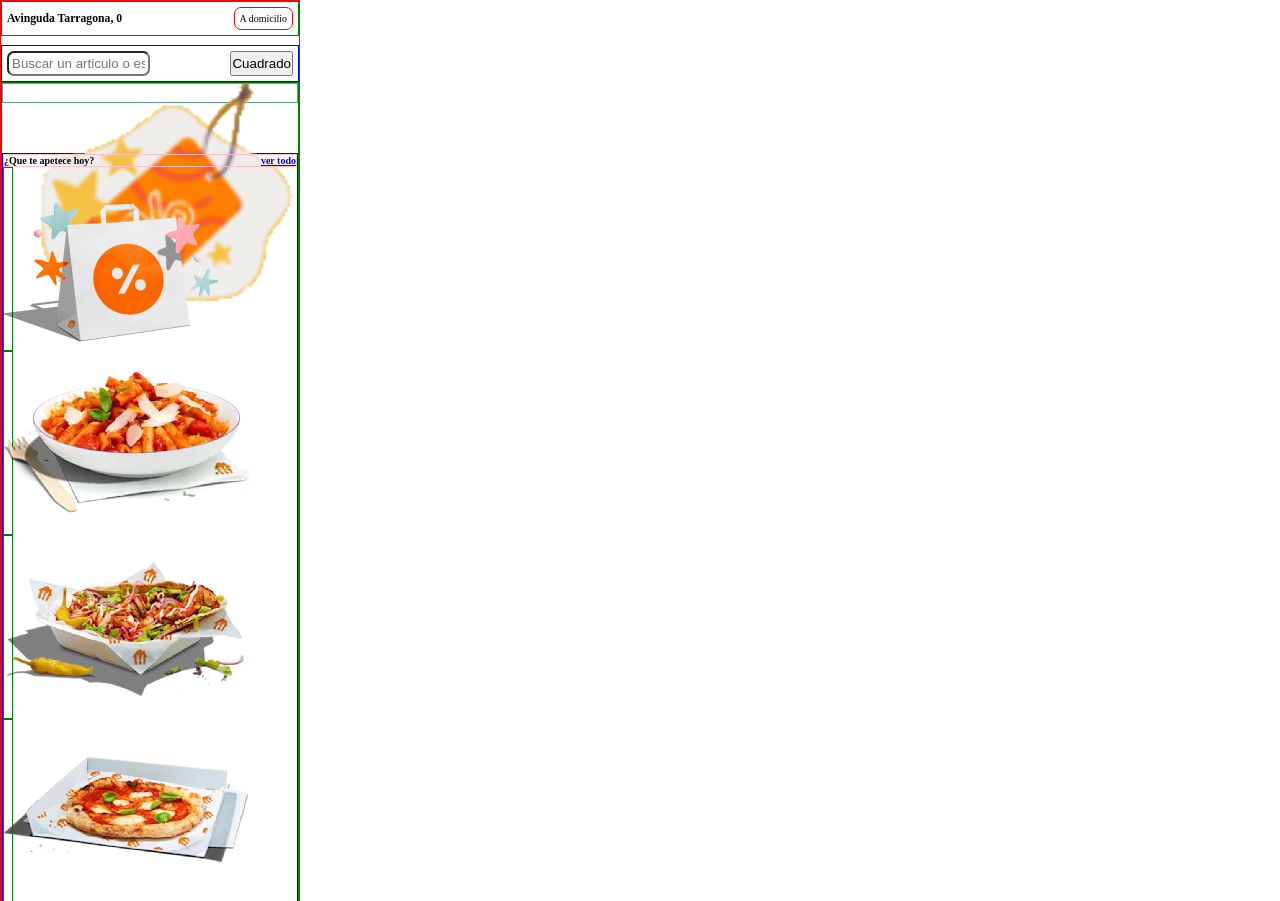
Repository: Srpinedaa/justEat
Page: index.html
An editor plug-in stored every save of this project. The page is shown before and after the next save, followed by the edit.
The browser window is 1280 px wide. The pictures show the part of the page from y = 0 to 901 px (the page is 1955 px tall before and 720 px after).
A picture or video elsewhere on the page could not be fetched, so the positions and the page height are approximate.

Above is the page before, as saved 2024-09-26 16:20:34.

### index.html
<!DOCTYPE html>
<html lang="en">

<head>
    <meta charset="UTF-8">
    <meta name="viewport" content="width=, initial-scale=1.0">
    <title>Just Eat</title>
    <link rel="stylesheet" href="css/estilos.css">
</head>

<body>
    <div id="all">
        <header>
            <div id="navDireccion">
                <h3 class = "direccion">Avinguda Tarragona, 0</h3>
                <div class= "formaPedido">
                    <p>A domicilio</p>
                </div>
            </div>

            <div id="navBuscador">
                <input type="text" placeholder="Buscar un articulo o establecimiento">
                <button>Cuadrado</button>
            </div>
        </header>
        <main>
            <div id = "contenido">
                <div id="slideShow">
                    <img src="img/descuento.png" alt="descuentos">
                </div>
                <div id="bloque1">
                    <section class="bloque1Sesion1">
                        <h4>¿Que te apetece hoy?</h4>
                        <h4><a href="#">ver todo</a></h4>
                    </section>
                    <section class="bloque1Sesion2">
                        <div class="fotoComida"> <img src="img/ofertas.png" alt="ofertas"></div>
                        <div class="fotoComida"> <img src="img/italiana.png" alt="italiana"></div>
                        <div class="fotoComida"> <img src="img/kebab.png" alt="kebab"></div>
                        <div class="fotoComida"> <img src="img/pizza.png" alt="pizza"></div>
                    </section>
                </div>
                <div id="bloque2">
                    <section></section>
                </div>
                <div id="bloque3">
                    <h2>Pedir en 3 locales</h2>
                    <section class="bloquePedidos">
                        <div class="pedido">
                            <div class="imagenPedido">
                                <img src="img/54546.jpg" alt="pizza">
                            </div>
                            <div class="informacionPedido">
                                <h5>Telepiza Tarrega</h5>
                                <p>4.0(27)</p>
                                <p>Pizza, italiana</p>
                                <p>25-40 mins 1.95€ entrega Min 13.95€</p>
                                <p>20% de descuentos en articulos selecionados</p>
                            </div>
                        </div>
                        <div class="pedido">
                            <div class="imagenPedido">
                                <img src="img/54546.jpg" alt="pizza">
                            </div>
                            <div class="informacionPedido">
                                <h5>Bon sabor</h5>
                                <p>4.5(26)</p>
                                <p>Kebab, pizza</p>
                            </div>
                        </div>
                        <div class="pedido">
                            <div class="imagenPedido">
                                <img src="img/54546.jpg" alt="pizza">
                            </div>
                            <div class="informacionPedido">
                                <h5>Doner Kebab Rey</h5>
                                <p>3.7(3)</p>
                                <p>Kebab, pizza</p>
                                <p>1.6km</p>
                            </div>
                        </div>
                    </section>
                </div>
            </div>
        </main>
        <footer></footer>
    </div>
</body>

</html>

### css/estilos.css
*{
    margin: 0;
    padding: 0;
    box-sizing: border-box;
}

html{
    font-size: 62.5%;
    width: 30rem;
}

#all{
    border: 1px solid red;
    overflow: hidden;

}

#navDireccion{
    border: 1px solid green;
    display: flex;
    justify-content: space-between;
    margin-bottom: 9px;
    padding: 5px;
    align-items: center;
}


#slideShow{
    width: 100%;
    height: 2rem;
    margin-bottom: 5rem;
    border: 1px solid cadetblue;
}

#slideShow img{
    width: 100%;
}

.formaPedido{
    border: 1px solid red;
    border-radius: 7px;
    padding: 5px;
}

#navBuscador{
    padding: 5px;
    border: 1px solid blue;
    display: flex;
    justify-content: space-between;
}

#navBuscador input{
    width: 50%;
    border-radius: 7px;
    padding: 3px;
}

#navBuscador button{

}

.buscador{
    border: 1px solid red;
    border-radius: 7px;
    padding: 5px;
}

#contenido{
    border: 1px solid green;
}

#bloque1{
    border: 1px solid blue;
    display: flex;
    flex-direction: column;
}

.bloque1Sesion1{
    border: 1px solid pink;
    display: flex;
    justify-content: space-between;
}

/* .bloque1Sesion2{
    border: 1px solid brown;
    display: flex;
    flex-direction: row;
} */

.fotoComida{
    border: 1px solid green;
    width: 1rem;

}

After the next save:
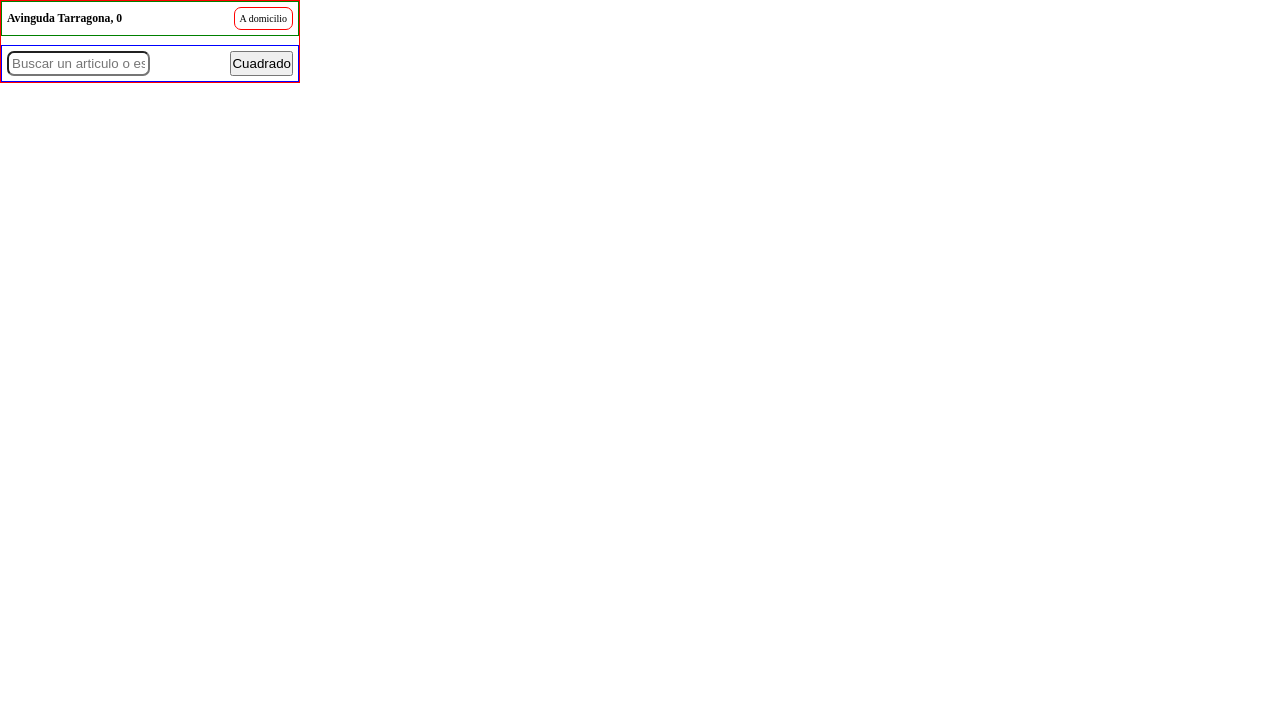
Saved 18 s later.
--- a/index.html
+++ b/index.html
@@ -24,7 +24,7 @@
             </div>
         </header>
         <main>
-            <div id = "contenido">
+            <!-- <div id = "contenido">
                 <div id="slideShow">
                     <img src="img/descuento.png" alt="descuentos">
                 </div>
@@ -81,7 +81,7 @@
                         </div>
                     </section>
                 </div>
-            </div>
+            </div> -->
         </main>
         <footer></footer>
     </div>

After the save that followed:
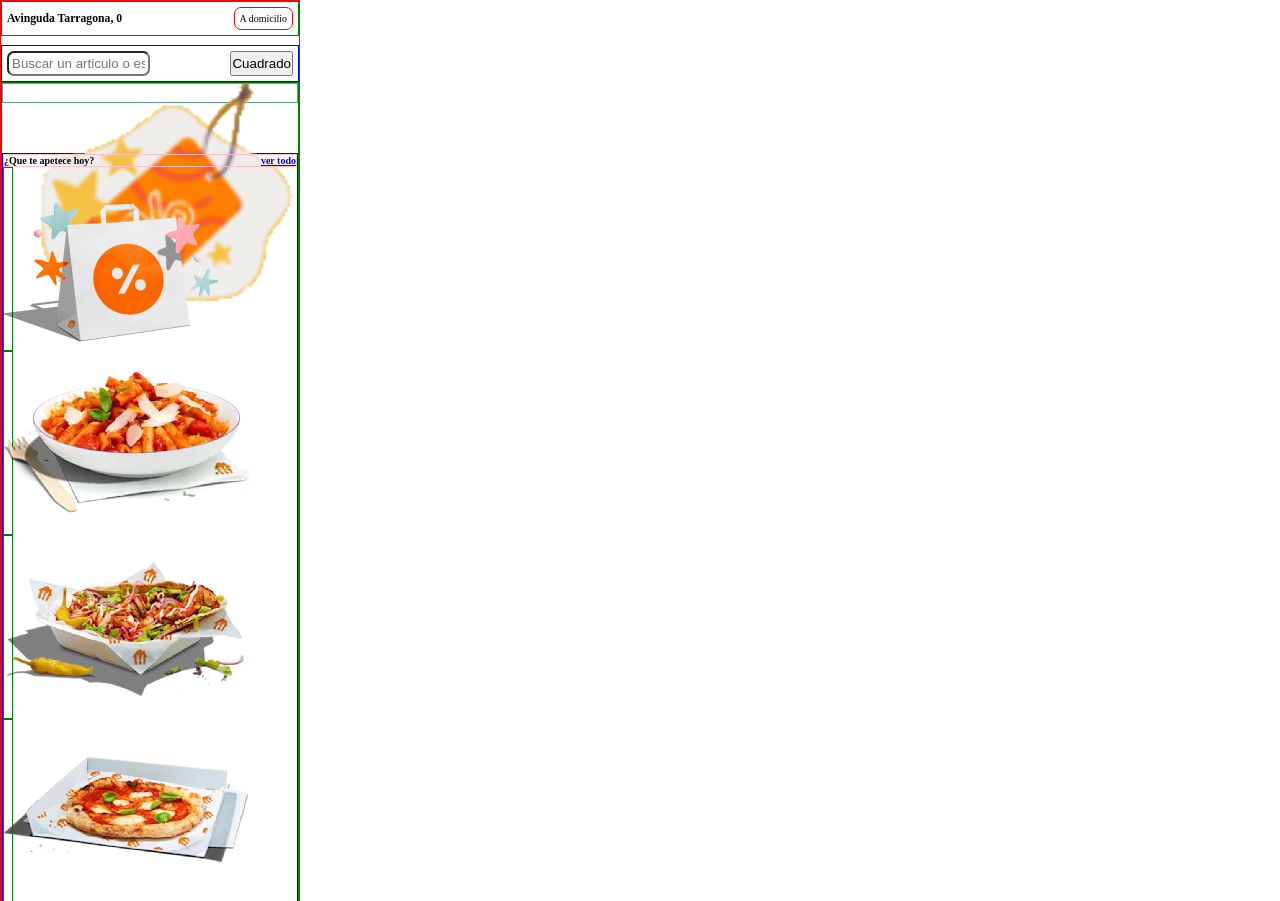
Saved 6 s later.
--- a/index.html
+++ b/index.html
@@ -24,7 +24,7 @@
             </div>
         </header>
         <main>
-            <!-- <div id = "contenido">
+            <div id = "contenido">
                 <div id="slideShow">
                     <img src="img/descuento.png" alt="descuentos">
                 </div>
@@ -81,7 +81,7 @@
                         </div>
                     </section>
                 </div>
-            </div> -->
+            </div>
         </main>
         <footer></footer>
     </div>
